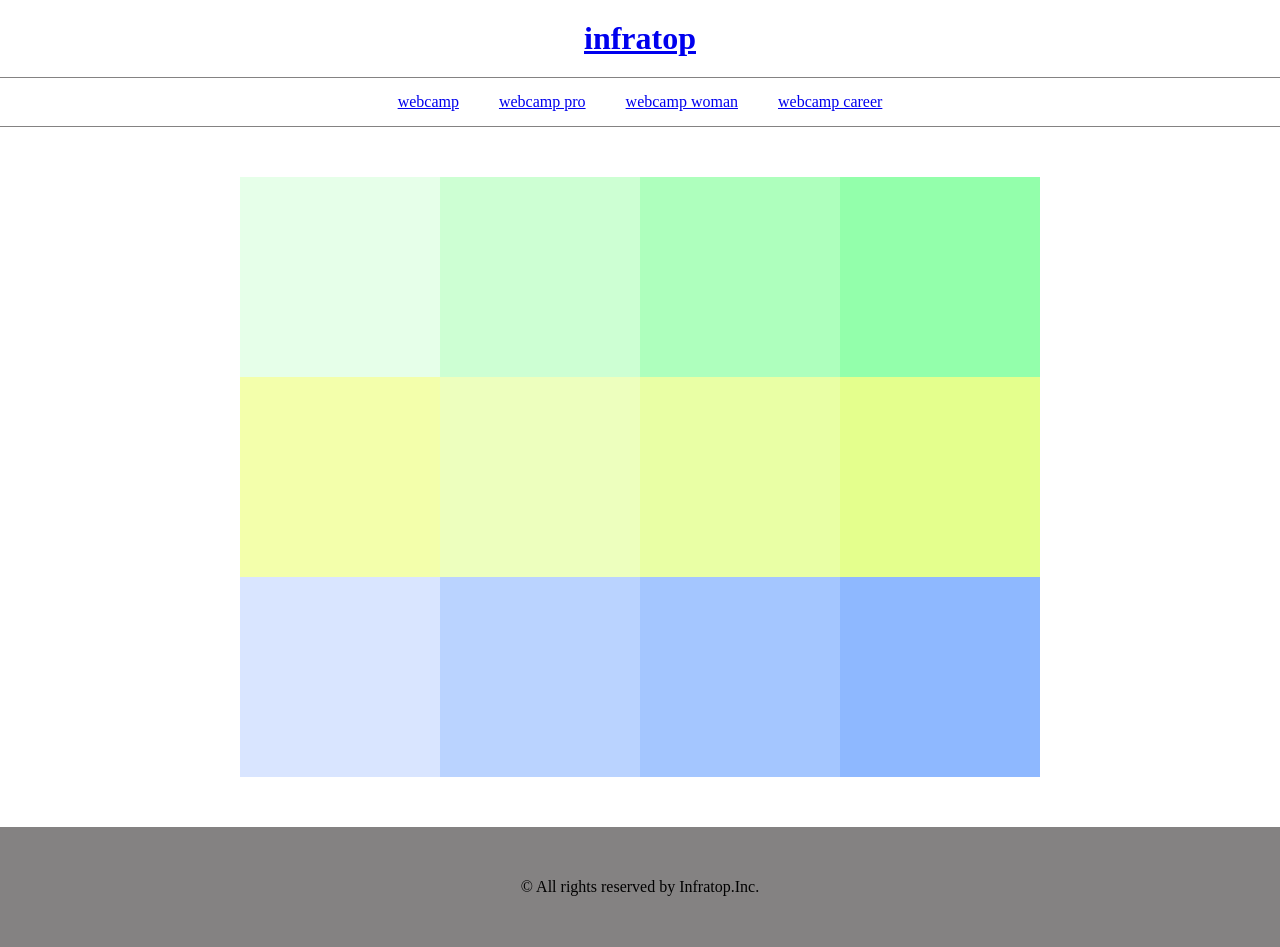
Repository: Yuya0829/HTML
Page: exercise/exercise5.html
The author's editor kept a record of every edit. The page is drawn from the files as they stood at one moment, then again after the next edit.
The browser window is 1280 px wide. The pictures show the whole page.

Above is the page before.

### exercise/exercise5.html
<!DOCTYPE html>
<html lang="ja">
  <head>
    <meta charset="UTF-8" />
    <link rel="stylesheet" href="exercise5.css" />
    <title>EXERCISE5</title>
  </head>

  <body>
    <header>
      <h1 class="heading">
        <a href="exercise5.html">
          infratop
        </a>
      </h1>
    </header>

    <nav>
      <ul class="nav-list">
        <li class="nav-list-item">
          <a href="https://web-camp.io">webcamp</a>
        <li class="nav-list-item">
          <a href="https://web-camp.io">webcamp pro</a>
        <li class="nav-list-item">
          <a href="https://web-camp.io">webcamp woman</a>
        <li class="nav-list-item">
          <a href="https://web-camp.io">webcamp career</a>
        </li>
      </ul>
    </nav>

    <div class="main">
      <div class="box1"></div>
      <div class="box2"></div>
      <div class="box3"></div>
      <div class="box4"></div>
      <div class="box5"></div>
      <div class="box6"></div>
      <div class="box7"></div>
      <div class="box8"></div>
      <div class="box9"></div>
      <div class="box10"></div>
      <div class="box11"></div>
      <div class="box12"></div>
    </div>

    <footer>
      <p class="footer-text">© All rights reserved by Infratop.Inc.</p>
    </footer>
  </body>
</html>

### exercise/exercise5.css
* {
  margin: 0;
  padding: 0;
  box-sizing: border-box;
}

header {
  width: 100%;
  padding: 20px 0;
  margin: 0 auto;
  text-align: center;
}

.nav-list {
  text-align: center;
  padding: 15px 0;
  margin: 0 auto;
  border-bottom: 1px solid #848282;
  border-top: 1px solid #848282;
}

.nav-list-item {
  list-style: none;
  display: inline-block;
  margin: 0 20px;
}

.main {
  width: 800px;
  margin: 50px auto;
  display: flex;
  flex-wrap: wrap;
}

.box1 {
  width: 200px;
  height: 200px;
  background-color: #e6ffe9;
}

.box2 {
  width: 200px;
  height: 200px;
  background-color: #cdffd3;
}

.box3 {
  width: 200px;
  height: 200px;
  background-color: #aeffbd;
}

.box4 {
  width: 200px;
  height: 200px;
  background-color: #93ffab;
}

.box5 {
  width: 200px;
  height: 200px;
  background-color: #f3ffab;
}

.box6 {
  width: 200px;
  height: 200px;
  background-color: #edffbe;
}

.box7 {
  width: 200px;
  height: 200px;
  background-color: #e9ffa5;
}

.box8 {
  width: 200px;
  height: 200px;
  background-color: #e4ff8d;
}

.box9 {
  width: 200px;
  height: 200px;
  background-color: #d9e5ff;
}

.box10 {
  width: 200px;
  height: 200px;
  background-color: #bad3ff;
}

.box11 {
  width: 200px;
  height: 200px;
  background-color: #a4c6ff;
}

.box12 {
  width: 200px;
  height: 200px;
  background-color: #8eb8ff;
}

footer {
  width: 100%;
  height: 120px;
  text-align: center;
  line-height: 120px;
  background-color: #848282;
}

After the next edit:
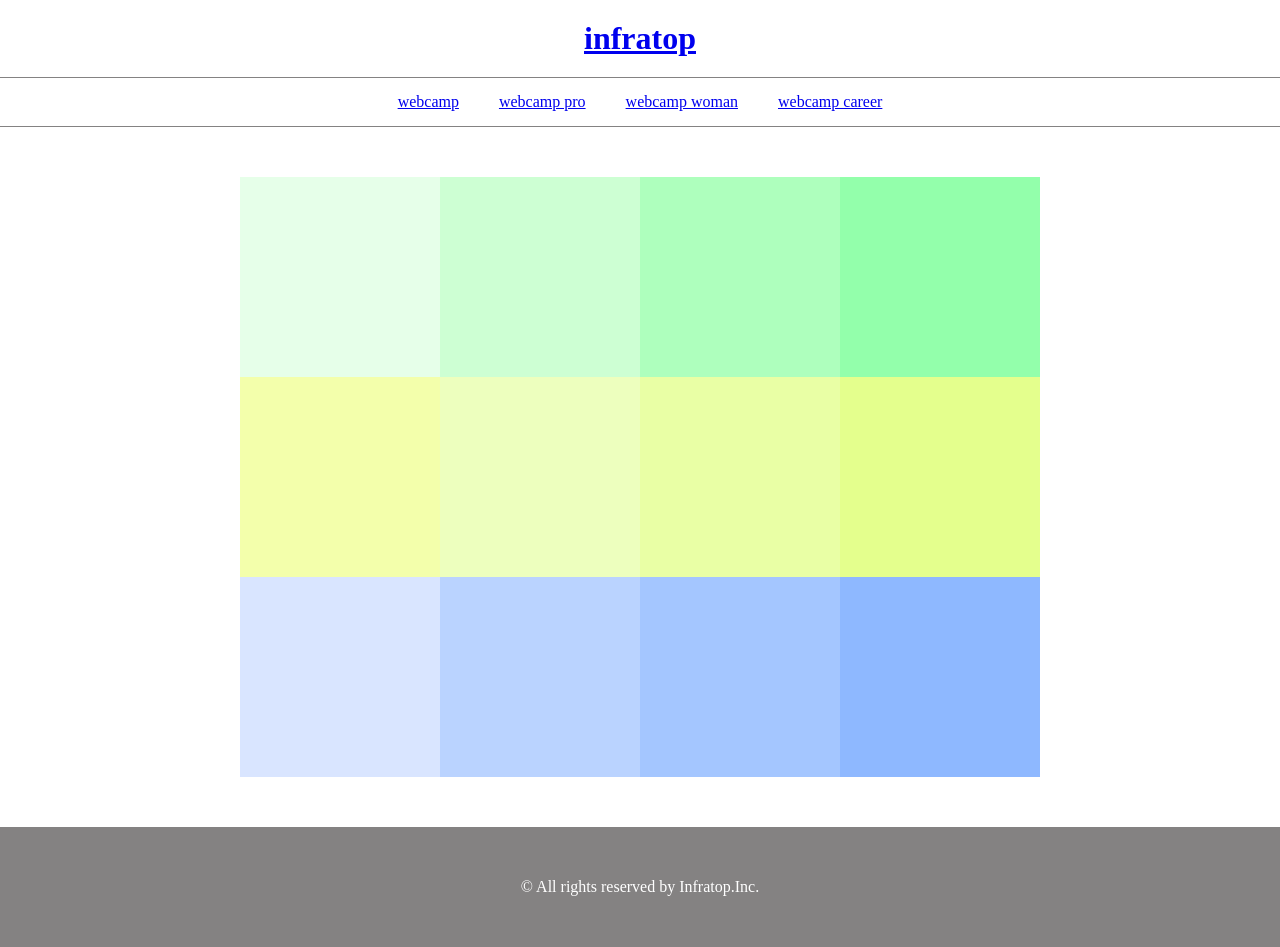
The edit:
--- a/exercise/exercise5.css
+++ b/exercise/exercise5.css
@@ -111,3 +111,7 @@ footer {
   line-height: 120px;
   background-color: #848282;
 }
+
+.footer-text {
+  color: #fff;
+}
